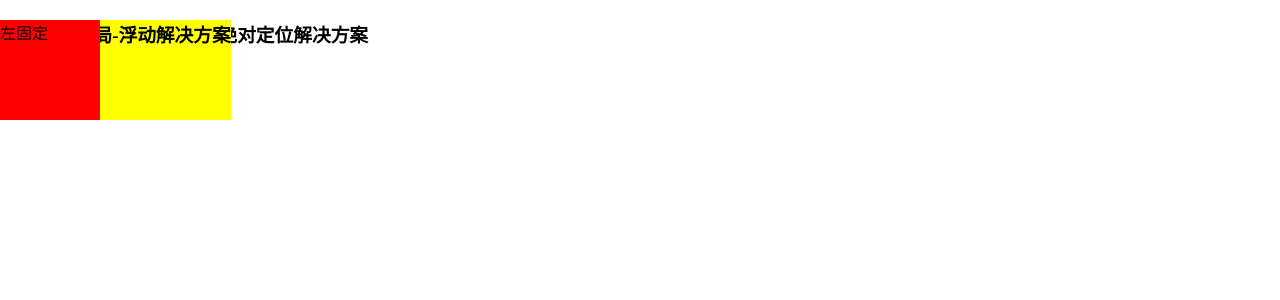
Repository: Qianfane/Blog
Page: 面试相关/测试/2-1、两栏布局-左固定右自适应.html
These files come from the project's save history. The page is drawn as it stood at one moment and after a run of saves; the edit follows.
The browser window is 1280 px wide. The pictures show the whole page.

Above is the page before, as saved 2022-01-03 16:06:54.

### 面试相关/测试/2-1、两栏布局-左固定右自适应.html
<!DOCTYPE html>
<html lang="en">

<head>
    <meta charset="UTF-8">
    <meta http-equiv="X-UA-Compatible" content="IE=edge">
    <meta name="viewport" content="width=device-width, initial-scale=1.0">
    <title>2-1、两栏布局-左固定右自适应</title>
    <style>
        html * {
            padding: 0;
            margin: 0;
        }

        .layout {
            margin-bottom: 20px;
        }

        .layout div {
            min-height: 100px;
        }
    </style>
</head>

<body>
    <!-- 浮动解决方案 -->
    <section class="layout float">
        <style>
            .layout.float .left {
                float: left;

                width: 100px;
                background: red;
            }

            .layout.float .right {
                background: yellow;
            }
        </style>
        <article class="left-right">
            <div class="left">左固定</div>
            <div class="right">
                <h1>这是两栏布局-浮动解决方案</h1>
                <p>右自适应</p>
                <p>右自适应</p>
                <p>右自适应</p>
            </div>
        </article>
    </section>

    <!-- 绝对定位解决方案 -->
    <section class="layout absolute">
        <style>

            .layout.absolute .left {
                position: absolute;

                width: 100px;
                background: red;
            }

            .layout.float .right {
                position: absolute;

                background: yellow;
            }
        </style>
        <article class="left-right">
            <div class="left">左固定</div>
            <div class="right">
                <h1>这是两栏布局-绝对定位解决方案</h1>
                <p>右自适应</p>
                <p>右自适应</p>
                <p>右自适应</p>
            </div>
        </article>
    </section>
</body>

</html>

After the next 4 saves:
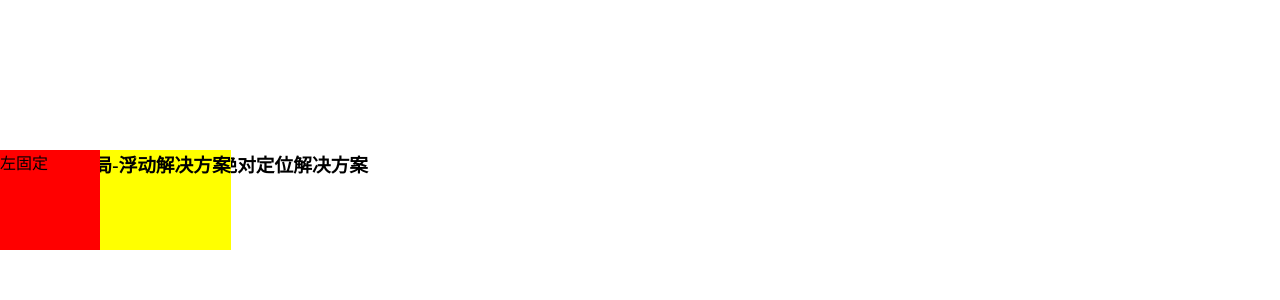
The 4 saves are shown as one change because they came seconds apart.
The last was saved 12 s later.
--- a/面试相关/测试/2-1、两栏布局-左固定右自适应.html
+++ b/面试相关/测试/2-1、两栏布局-左固定右自适应.html
@@ -51,7 +51,9 @@
     <!-- 绝对定位解决方案 -->
     <section class="layout absolute">
         <style>
-
+            .layout.absolute {
+                margin-top: 150px;
+            }
             .layout.absolute .left {
                 position: absolute;
 
